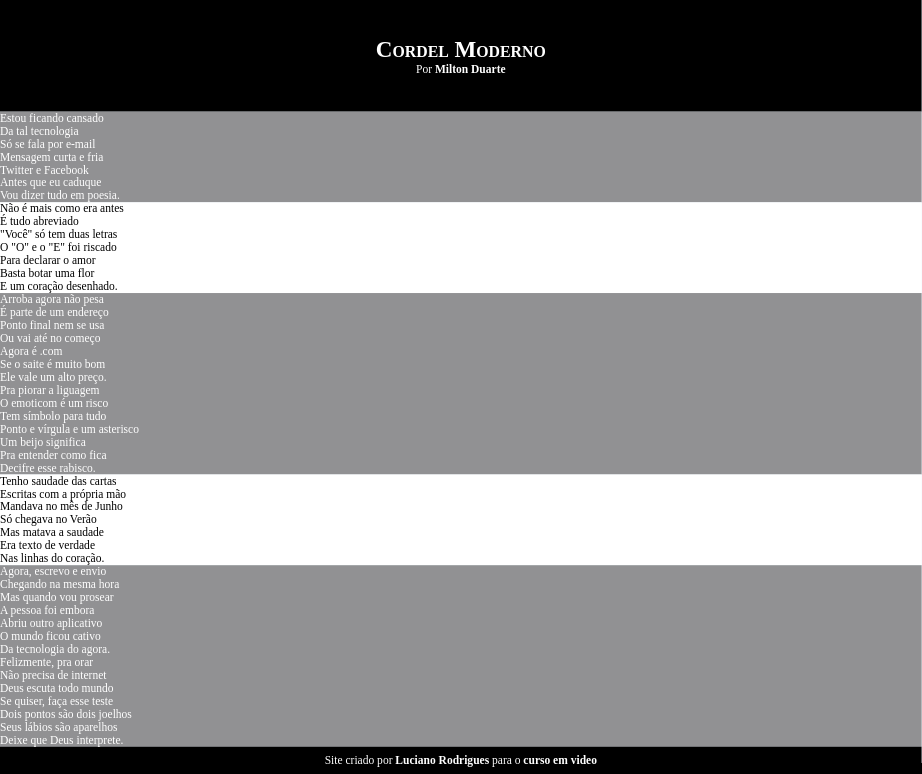
Repository: Lucianorodriguesdev/cursoHTML-CSS
Page: dasafios/index.html
An editor plug-in stored every save of this project. The page is shown before and after the next save, followed by the edit.
The browser window is 1280 px wide. The pictures show the whole page, at 72% of full size.

Above is the page before, as saved 2026-06-17 09:32:31.

### dasafios/index.html
<!DOCTYPE html>
<html lang="pt-br">
<head>
    <meta charset="UTF-8">
    <meta name="viewport" content="width=device-width, initial-scale=1.0">
    <title>Cordel Moderno</title>
    <link rel="stylesheet" href="estilo/style.css">
</head>
<body>
    <header>
        <h1>Cordel Moderno</h1>
        <p>Por <a href="https://www.recantodasletras.com.br/poesias/3186743" target="_blank">Milton Duarte</a></p>

    </header>
    <section class="normal">
        <p>
            Estou ficando cansado<br>
            Da tal tecnologia<br>
            Só se fala por e-mail<br>
            Mensagem curta e fria<br>
            Twitter e Facebook<br>
            Antes que eu caduque<br>
            Vou dizer tudo em poesia.
        </p>
    </section>



    <section class="imagem">
        <p>
            Não é mais como era antes<br>
            É tudo abreviado<br>
            "Você" só tem duas letras<br>
            O "O" e o "E" foi riscado<br>
            Para declarar o amor<br>
            Basta botar uma flor<br>
            E um coração desenhado.
        </p>
    </section>



    <section class="normal">
        <p>
            Arroba agora não pesa<br>
            É parte de um endereço<br>
            Ponto final nem se usa<br>
            Ou vai até no começo<br>
            Agora é .com<br>
            Se o saite é muito bom<br>
            Ele vale um alto preço.
        </p>

        <p>
            Pra piorar a liguagem<br>
            O emoticom é um risco<br>
            Tem símbolo para tudo<br>
            Ponto e vírgula e um asterisco<br>
            Um beijo significa<br>
            Pra entender como fica<br>
            Decifre esse rabisco.
        </p>
    </section>



    <section class="imagem">
        <p>
            Tenho saudade das cartas<br>
            Escritas com a própria mão<br>
            Mandava no mês de Junho<br>
            Só chegava no Verão<br>
            Mas matava a saudade<br>
            Era texto de verdade<br>
            Nas linhas do coração.
        </p>
    </section>



    <section class="normal">
        <p>
            Agora, escrevo e envio<br>
            Chegando na mesma hora<br>
            Mas quando vou prosear<br>
            A pessoa foi embora<br>
            Abriu outro aplicativo<br>
            O mundo ficou cativo<br>
            Da tecnologia do agora.
        </p>

        <p>
            Felizmente, pra orar<br>
            Não precisa de internet<br>
            Deus escuta todo mundo<br>
            Se quiser, faça esse teste<br>
            Dois pontos são dois joelhos<br>
            Seus lábios são aparelhos<br>
            Deixe que Deus interprete.
        </p>
    </section>
    <footer>
        <p>Site criado por <a href="https://github.com/Lucianorodriguesdev" target="_blank">Luciano Rodrigues</a> para o <a href="www.cursoemvideo.com" target="_blank">curso em video</a></p>
    </footer>

</body>
</html>

### dasafios/estilo/style.css
@charset_"UTF-8";

*{
    margin: 0px;
    padding: 0px;
}
body{
    min-height: 100vh;
    background-color: aliceblue;
}
header{
    background-color: black;

    text-align: center;
}
header> h1{
    color: white;
    padding-top: 50px;
    font-variant: small-caps;

}
header>p{
    padding-bottom: 50px;
    color: white;
}
section.normal{
    background-color: rgba(123, 121, 121, 0.803);
    color: white;
}
section.imagem{
    background-color: white;
    color: black;
}
header a, footer a{
    color:white;
    text-decoration: none;
    font-weight: bolder;
}
header a:hover, footer a:hover{
    text-decoration: underline;
}
footer{
    background-color: black;
    text-align: center;
    color:white;
    padding: 10px;

}

After the next save:
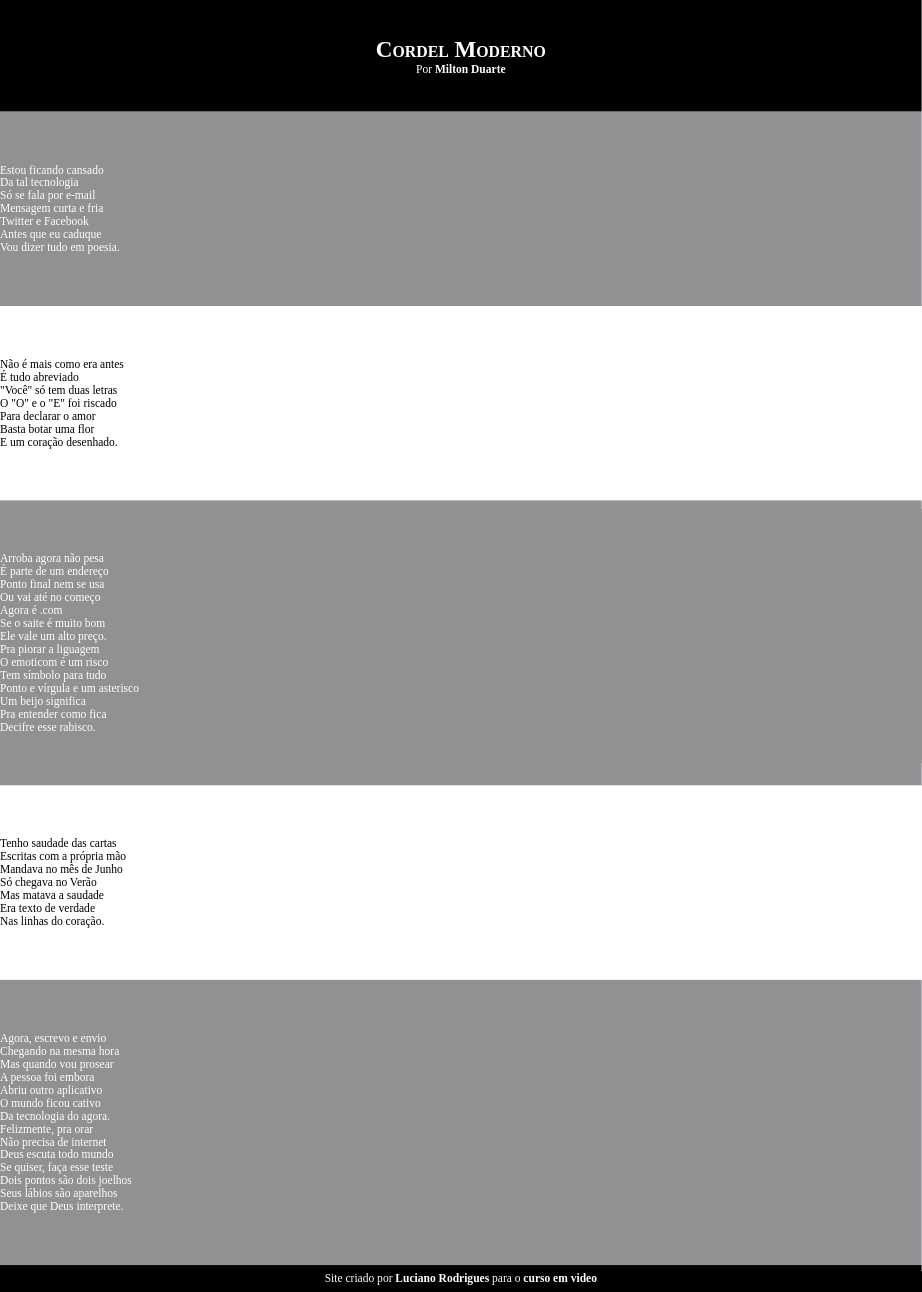
Saved 106 s later.
--- a/dasafios/estilo/style.css
+++ b/dasafios/estilo/style.css
@@ -23,6 +23,10 @@ header>p{
     padding-bottom: 50px;
     color: white;
 }
+section{
+    padding-bottom: 10vh;
+    padding-top: 10vh;
+}
 section.normal{
     background-color: rgba(123, 121, 121, 0.803);
     color: white;
